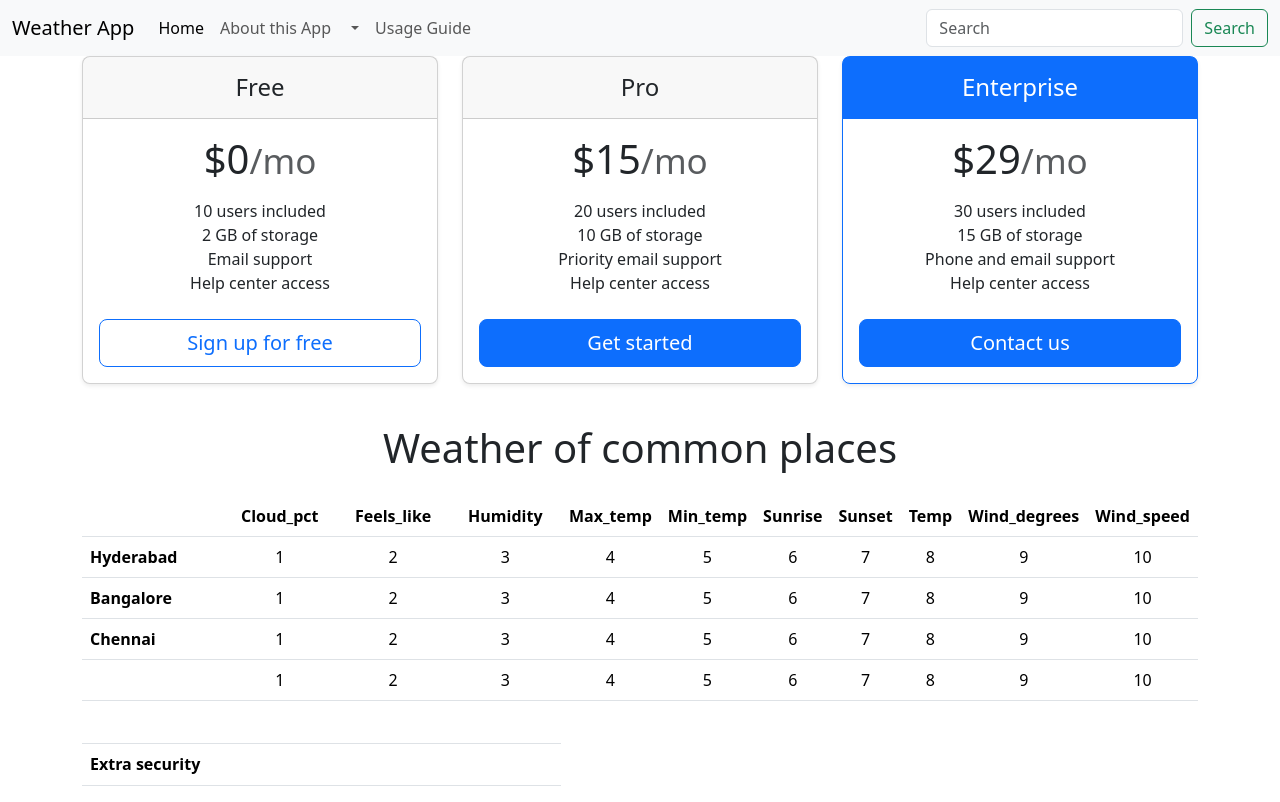
Repository: Abhilash2909/weather
Page: index.html
The author's editor kept a copy of each file at every save. The page is drawn from the files as they stood at one save, then again after the next save.
The browser window is 1280 px wide. The pictures show the whole page.
The page's requests for data from a server got no answer.

Above is the page before, as saved 2024-02-11 10:45:37.

### index.html
<!doctype html>
<html lang="en">
  <head>
    <meta charset="utf-8">
    <meta name="viewport" content="width=device-width, initial-scale=1">
    <title>My Weather App</title>
    <link href="https://cdn.jsdelivr.net/npm/bootstrap@5.3.2/dist/css/bootstrap.min.css" rel="stylesheet" integrity="sha384-T3c6CoIi6uLrA9TneNEoa7RxnatzjcDSCmG1MXxSR1GAsXEV/Dwwykc2MPK8M2HN" crossorigin="anonymous">
  </head>
  <body>
    <nav class="navbar navbar-expand-lg bg-body-tertiary">
        <div class="container-fluid">
          <a class="navbar-brand" href="#">Weather App</a>
          <button class="navbar-toggler" type="button" data-bs-toggle="collapse" data-bs-target="#navbarSupportedContent" aria-controls="navbarSupportedContent" aria-expanded="false" aria-label="Toggle navigation">
            <span class="navbar-toggler-icon"></span>
          </button>
          <div class="collapse navbar-collapse" id="navbarSupportedContent">
            <ul class="navbar-nav me-auto mb-2 mb-lg-0">
              <li class="nav-item">
                <a class="nav-link active" aria-current="page" href="#">Home</a>
              </li>
              <li class="nav-item">
                <a class="nav-link" href="#">About this App</a>
              </li>
              <li class="nav-item dropdown">
                <a class="nav-link dropdown-toggle" href="#" role="button" data-bs-toggle="dropdown" aria-expanded="false">
                </a>
                <ul class="dropdown-menu">
                  <li><a class="dropdown-item" href="#">Delhi</a></li>
                  <li><a class="dropdown-item" href="#">Seattle</a></li>
                  <li><hr class="dropdown-divider"></li>
                  <li><a class="dropdown-item" href="#">Bangalore</a></li>
                </ul>
              </li>
              <li class="nav-item">
                <a class="nav-link" aria-disabled="true">Usage Guide</a>
              </li>
            </ul>
            <form class="d-flex" role="search">
              <input class="form-control me-2" type="search" placeholder="Search" aria-label="Search">
              <button class="btn btn-outline-success" type="submit">Search</button>
            </form>
          </div>
        </div>
      </nav>

      <div class="container"><main>
        <div class="row row-cols-1 row-cols-md-3 mb-3 text-center">
          <div class="col">
            <div class="card mb-4 rounded-3 shadow-sm">
              <div class="card-header py-3">
                <h4 class="my-0 fw-normal">Free</h4>
              </div>
              <div class="card-body">
                <h1 class="card-title pricing-card-title">$0<small class="text-body-secondary fw-light">/mo</small></h1>
                <ul class="list-unstyled mt-3 mb-4">
                  <li>10 users included</li>
                  <li>2 GB of storage</li>
                  <li>Email support</li>
                  <li>Help center access</li>
                </ul>
                <button type="button" class="w-100 btn btn-lg btn-outline-primary">Sign up for free</button>
              </div>
            </div>
          </div>
          <div class="col">
            <div class="card mb-4 rounded-3 shadow-sm">
              <div class="card-header py-3">
                <h4 class="my-0 fw-normal">Pro</h4>
              </div>
              <div class="card-body">
                <h1 class="card-title pricing-card-title">$15<small class="text-body-secondary fw-light">/mo</small></h1>
                <ul class="list-unstyled mt-3 mb-4">
                  <li>20 users included</li>
                  <li>10 GB of storage</li>
                  <li>Priority email support</li>
                  <li>Help center access</li>
                </ul>
                <button type="button" class="w-100 btn btn-lg btn-primary">Get started</button>
              </div>
            </div>
          </div>
          <div class="col">
            <div class="card mb-4 rounded-3 shadow-sm border-primary">
              <div class="card-header py-3 text-bg-primary border-primary">
                <h4 class="my-0 fw-normal">Enterprise</h4>
              </div>
              <div class="card-body">
                <h1 class="card-title pricing-card-title">$29<small class="text-body-secondary fw-light">/mo</small></h1>
                <ul class="list-unstyled mt-3 mb-4">
                  <li>30 users included</li>
                  <li>15 GB of storage</li>
                  <li>Phone and email support</li>
                  <li>Help center access</li>
                </ul>
                <button type="button" class="w-100 btn btn-lg btn-primary">Contact us</button>
              </div>
            </div>
          </div>
        </div>

        <h2 class="display-6 text-center mb-4">Weather of common places</h2>

        <div class="table-responsive">
          <table class="table text-center">
            <thead>
              <tr>
                <th style="width: 34%;">   </th>
                <th style="width: 22%;"> Cloud_pct </th>
                <th style="width: 22%;"> Feels_like </th>
                <th style="width: 22%;"> Humidity </th>
                <th style="width: 22%;"> Max_temp </th>
                <th style="width: 22%;"> Min_temp </th>
                <th style="width: 22%;"> Sunrise </th>
                <th style="width: 22%;"> Sunset </th>
                <th style="width: 22%;"> Temp </th>
                <th style="width: 22%;"> Wind_degrees </th>
                <th style="width: 22%;"> Wind_speed </th>
              </tr>
            </thead>
            <tbody>
              <tr>
                <th scope="row" class="text-start">Hyderabad</th>
                <td>1</td>
                <td>2</td>
                <td>3</td>
                <td>4</td>
                <td>5</td>
                <td>6</td>
                <td>7</td>
                <td>8</td>
                <td>9</td>
                <td>10</td>
              </tr>
              <tr>
                <th scope="row" class="text-start">Bangalore</th>
                <td>1</td>
                <td>2</td>
                <td>3</td>
                <td>4</td>
                <td>5</td>
                <td>6</td>
                <td>7</td>
                <td>8</td>
                <td>9</td>
                <td>10</td>
              </tr>
            </tbody>

            <tbody>
              <tr>
                <th scope="row" class="text-start">Chennai</th>
                <td>1</td>
                <td>2</td>
                <td>3</td>
                <td>4</td>
                <td>5</td>
                <td>6</td>
                <td>7</td>
                <td>8</td>
                <td>9</td>
                <td>10</td>
              </tr>
              <tr>
                <th scope="row" class="text-start"></th>
                <td>1</td>
                <td>2</td>
                <td>3</td>
                <td>4</td>
                <td>5</td>
                <td>6</td>
                <td>7</td>
                <td>8</td>
                <td>9</td>
                <td>10</td>
              </tr>
              <tr>
                <th scope="row" class="text-start"></th>
                <td></td>
                <td><svg class="bi" width="24" height="24"><use xlink:href="#check"></use></svg></td>
                <td><svg class="bi" width="24" height="24"><use xlink:href="#check"></use></svg></td>
              </tr>
              <tr>
                <th scope="row" class="text-start">Extra security</th>
                <td></td>
                <td></td>
                <td><svg class="bi" width="24" height="24"><use xlink:href="#check"></use></svg></td>
              </tr>
            </tbody>
          </table>
        </div>
      </main></div>
    <script src="https://cdn.jsdelivr.net/npm/bootstrap@5.3.2/dist/js/bootstrap.bundle.min.js" integrity="sha384-C6RzsynM9kWDrMNeT87bh95OGNyZPhcTNXj1NW7RuBCsyN/o0jlpcV8Qyq46cDfL" crossorigin="anonymous"></script>
    <script src="script.js"></script>
</body>
</html>

### script.js
// const options = {
// method: 'GET',
// headers: {
//         'X-RapidAPI-Key': 'b45e96323fmshf5e4bc50d3b8a90p1e091djsnfb21cde4eb87',
// '       X-RapidAPI-Host': 'weather-by-api-ninjas.p.rapidapi.com'
//     }
// };

// fetch('https://weather-by-api-ninjas.p.rapidapi.com/v1/weather?city=Seattle', options)
//     .then(response => response.json())
//     .then(response => console.log(response))
//     .catch(err => console.error(err));



const options = {
    method: 'GET',
    headers: {
      'X-RapidAPI-Key': 'b45e96323fmshf5e4bc50d3b8a90p1e091djsnfb21cde4eb87',
      'X-RapidAPI-Host': 'weather-by-api-ninjas.p.rapidapi.com'
    }
  };

  fetch('https://weather-by-api-ninjas.p.rapidapi.com/v1/weather?city=Seattle', options)
    .then(response => response.json())
    .then(data => console.log(data))
    .catch(error => console.error(error));

After the next save:
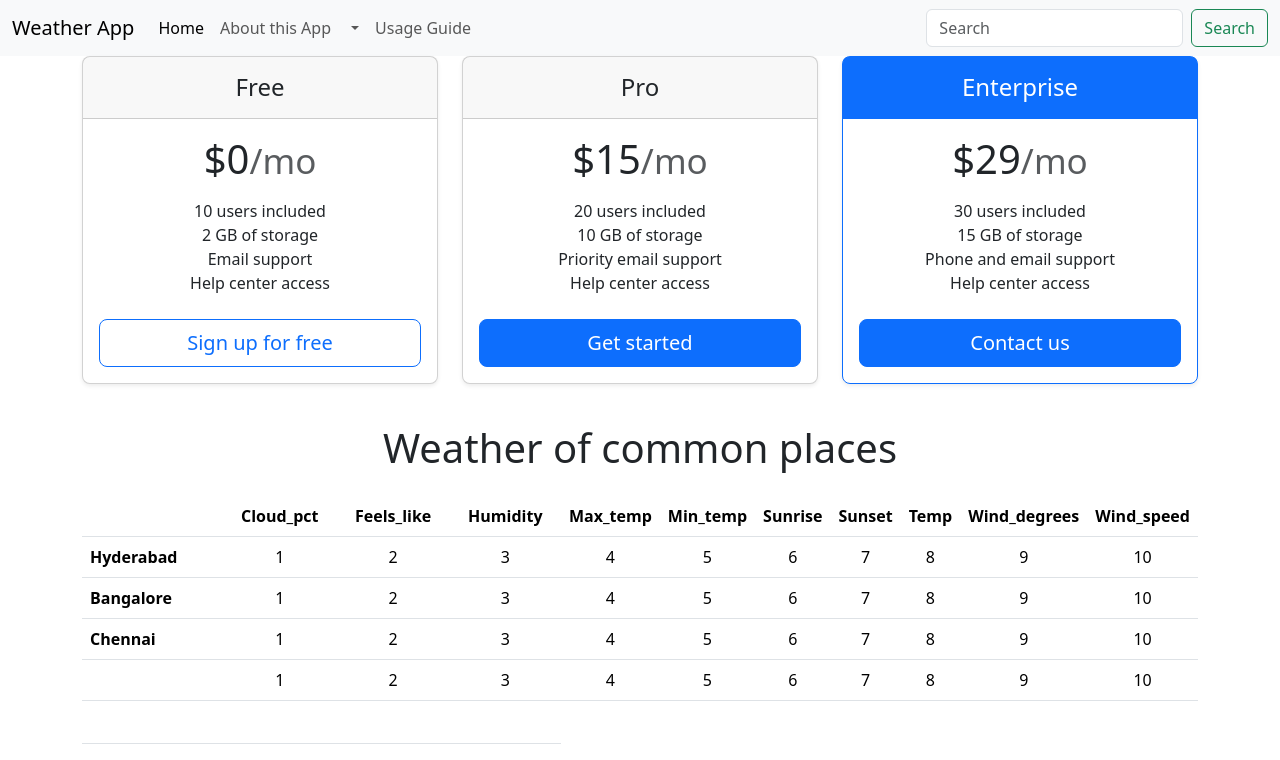
Saved 14 s later.
--- a/index.html
+++ b/index.html
@@ -179,12 +179,6 @@
                 <td><svg class="bi" width="24" height="24"><use xlink:href="#check"></use></svg></td>
                 <td><svg class="bi" width="24" height="24"><use xlink:href="#check"></use></svg></td>
               </tr>
-              <tr>
-                <th scope="row" class="text-start">Extra security</th>
-                <td></td>
-                <td></td>
-                <td><svg class="bi" width="24" height="24"><use xlink:href="#check"></use></svg></td>
-              </tr>
             </tbody>
           </table>
         </div>
